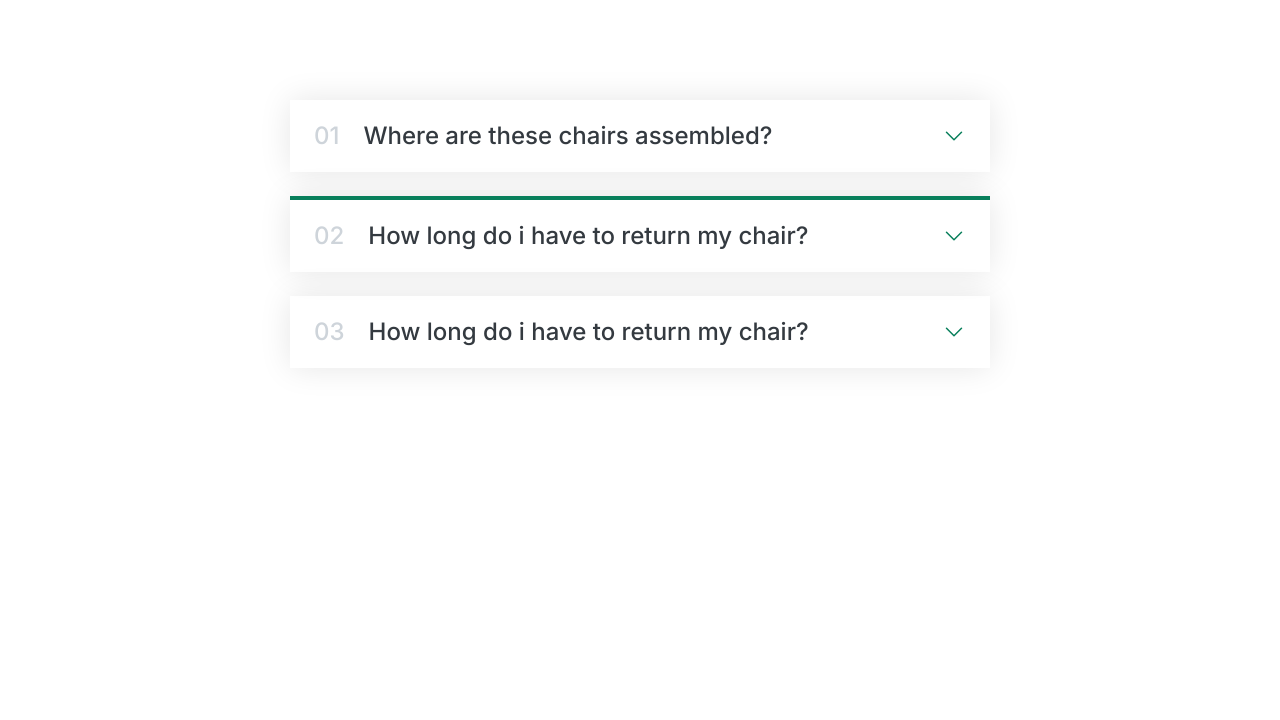
Repository: sunny070/CSS
Page: HTML and CSS some of the important components/index.html
The author's editor kept a copy of each file at every save. The page is drawn from the files as they stood at one save, then again after the next save.
The browser window is 1280 px wide. The pictures show the whole page.

Above is the page before, as saved 2023-11-13 15:34:52.

After the next save:
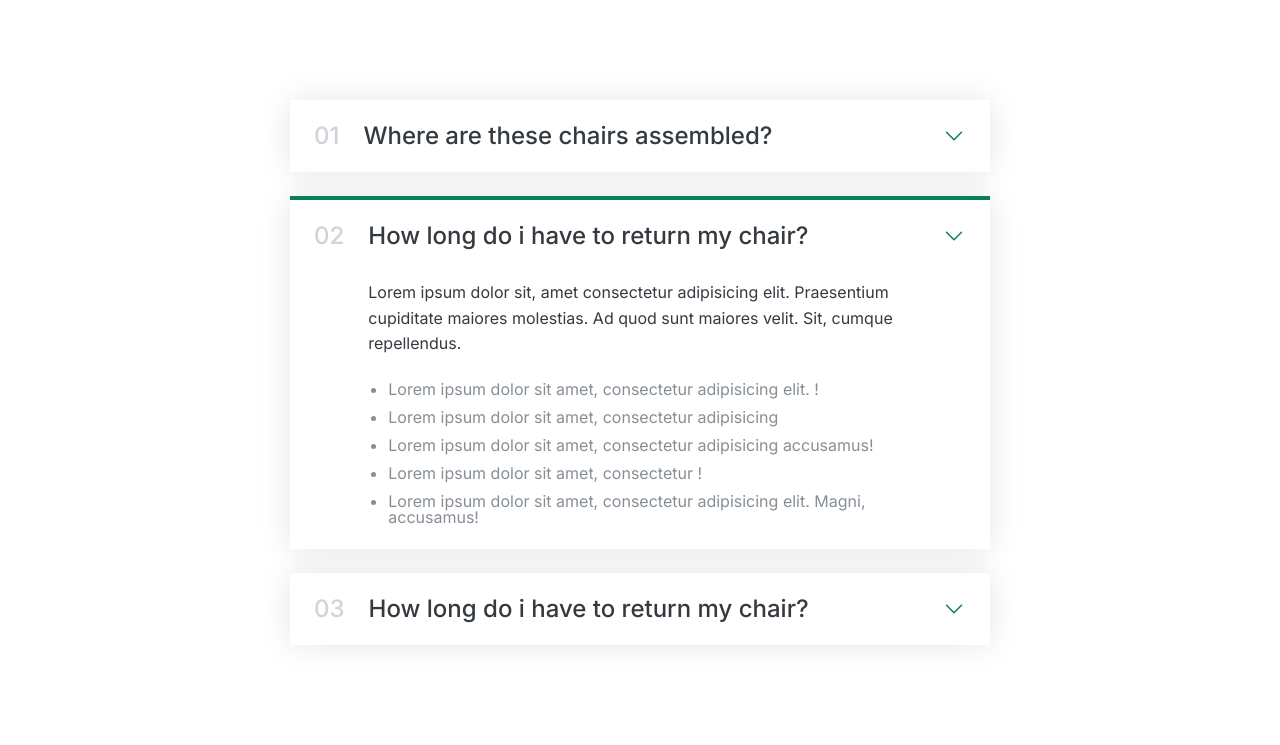
Saved 5 s later.
--- a/HTML and CSS some of the important components/index.html
+++ b/HTML and CSS some of the important components/index.html
@@ -87,7 +87,9 @@
       .open{
         border-top: 4px solid #087f5b;
       }
-      .open .hidden-box
+      .open .hidden-box{
+        display: block;
+      }
       /* .hidden-box li{
         margin-bottom: 12px;
       } */
